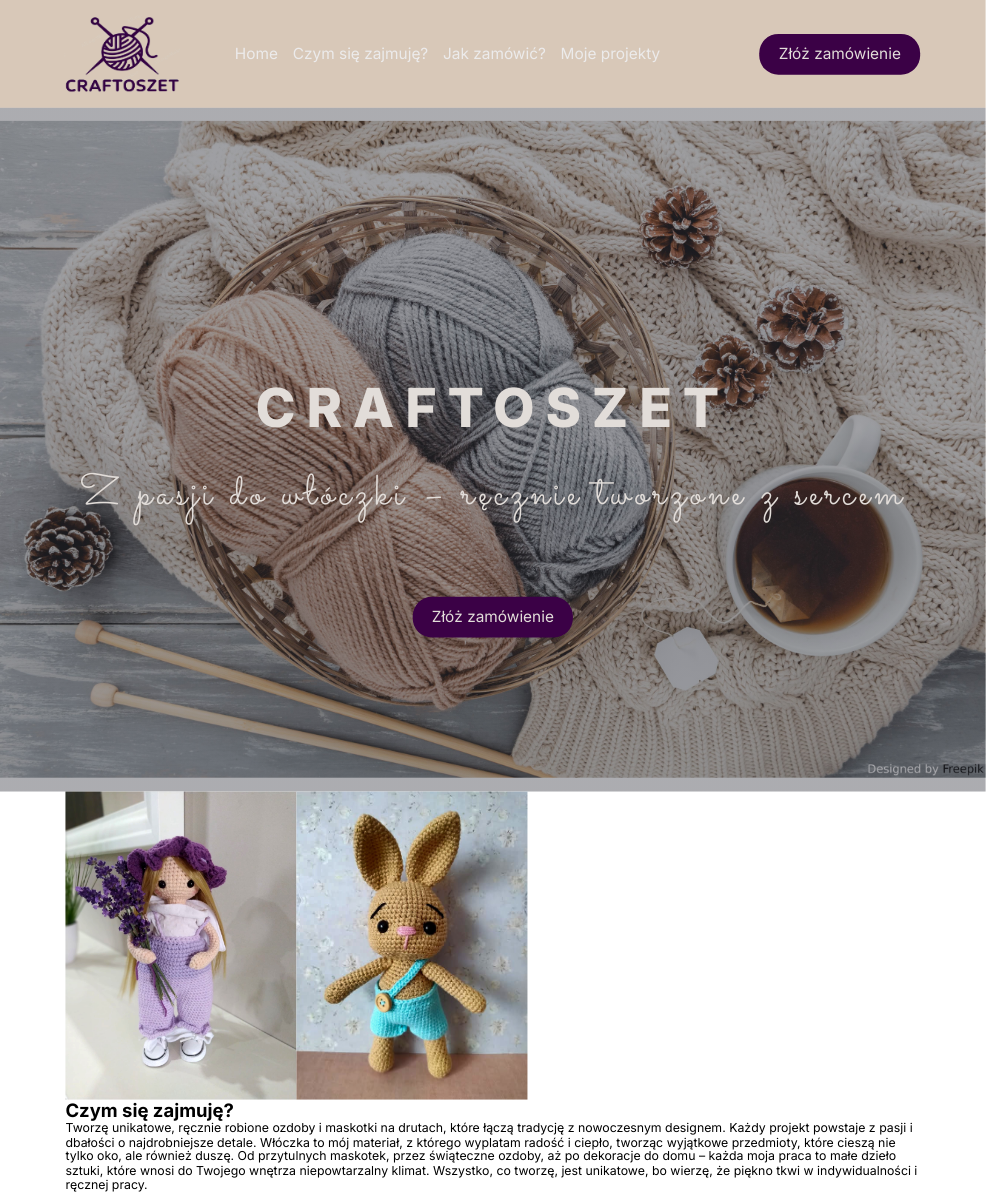
Repository: KlaudiaK0205/Craftoszet
Page: index.html
An editor plug-in stored every save of this project. The page is shown before and after a run of saves, followed by the edit.
The browser window is 1280 px wide. The pictures show the whole page, at 77% of full size.
Some web libraries are served in a nearby version. The style sheet was rebuilt from its Sass, Less or Tailwind sources for each picture, by a compiler version that may differ from the author's.

Above is the page before, as saved 2024-10-06 12:39:46.

### index.html
<!DOCTYPE html>
<html lang="en">
<head>
    <meta charset="UTF-8">
    <meta name="viewport" content="width=device-width, initial-scale=1.0">
    <title>Craftoszet</title>
    <!-- FAVICON -->
    <link rel="icon" href="./images/favicon.ico" type="image/x-icon">
    <link rel="icon" siezes="16x16" href="./images/favicon-16x16.png" type="image/png">
    <link rel="icon" siezes="32x32" href="./images/favicon-32x32.png" type="image/png">
    <!-- GOOGLE FONTS -->
    <link rel="preconnect" href="https://fonts.googleapis.com">
    <link rel="preconnect" href="https://fonts.gstatic.com" crossorigin>
    <link href="https://fonts.googleapis.com/css2?family=Inter:ital,opsz,wght@0,14..32,100..900;1,14..32,100..900&family=Sacramento&display=swap" rel="stylesheet">
    <!-- MODERN NORMALIZE -->
    <link rel="stylesheet" href="https://cdn.jsdelivr.net/npm/modern-normalize@3.0.1/modern-normalize.min.css">
    <!-- ANIMATE-->
    <link rel="stylesheet" href="https://cdnjs.cloudflare.com/ajax/libs/animate.css/4.1.1/animate.min.css"/>
    <!-- STYLES -->
    <link rel="stylesheet" href="./sass/main.css">
</head>
<body>
    <header>
        <div class="container">
            <div class="logo-box">
                <img class="logo-image" src="./images/logo.png" alt="a ball of wool">
            </div>
            <nav class="nav">
                <ul class="nav__list">
                    <li class="nav__list__item">
                        <a href="" class="nav__list__link">Home</a>
                    </li>
                    <li class="nav__list__item">
                        <a href="" class="nav__list__link">Czym się zajmuję?</a>
                    </li>
                    <li class="nav__list__item">
                        <a href="" class="nav__list__link">Jak zamówić?</a>
                    </li>
                    <li class="nav__list__item">
                        <a href="" class="nav__list__link">Moje projekty</a>
                    </li>
                </ul>
            </nav>

            <button class="orderBtn" type="button">Złóż zamówienie</button>
        </div>
    </header>

    <main>
        <section class="hero">
            <div class="container">
                <h1 class="hero__header">CRAFTOSZET</h1>
                <p class="hero__undertitle">Z pasji do włóczki – ręcznie tworzone z sercem</p>
                <button class="orderBtn" type="button">Złóż zamówienie</button>
            </div>
        </section>

        <section class="whatIDo">
            <div class="container">
                <div class="whatIDo-images">
                    <img class="whatIDo-image" src="./images/projekty/fioletowa lalka.jpg" alt="fioletowa lalka z włóczki">
                    <img class="whatIDo-image" src="./images/projekty/króliczek.jpg" alt="króliczek w niebieskich spodenkach z włóczki">
                </div>
                <div class="whatIDo-description">
                    <h2 class="section-header">Czym się zajmuję?</h2>
                    <p class="section-text">Tworzę unikatowe, ręcznie robione ozdoby i maskotki na drutach, które łączą tradycję z nowoczesnym designem. Każdy projekt powstaje z pasji i dbałości o najdrobniejsze detale. Włóczka to mój materiał, z którego wyplatam radość i ciepło, tworząc wyjątkowe przedmioty, które cieszą nie tylko oko, ale również duszę. Od przytulnych maskotek, przez świąteczne ozdoby, aż po dekoracje do domu – każda moja praca to małe dzieło sztuki, które wnosi do Twojego wnętrza niepowtarzalny klimat. Wszystko, co tworzę, jest unikatowe, bo wierzę, że piękno tkwi w indywidualności i ręcznej pracy.</p>
                </div>
            </div>
        </section>
    </main>
    <footer></footer>
</body>
</html>

### sass/main.scss
@import './base/common';
@import './base/container';

@import './components/animations';
@import './components/logo';
@import './components/orderBtn';

@import './layout/header';
@import './layout/hero';
@import './layout/whatIDo';

@import './utils/variables';

### sass/base/_common.scss
body {
    font-family: var(--main-font);
    // font-weight: 500;
    margin: 0;
    padding: 0;
}

h1,
h2,
h3,
h4,
h5,
h6 {
    margin: 0;
    padding: 0;
}

ul,
ol,
li {
    margin: 0;
    padding: 0;
    list-style: none;
}

a {
    text-decoration: none;
}

p {
    margin: 0;
    padding: 0;
}

img {
    display: block;
    max-width: 100%;
    height: auto;
}

button {
    cursor: pointer;
}

.list {
    list-style: none;
}

.link {
    text-decoration: none;
}

### sass/base/_container.scss
.container {
    width: 100%;
    max-width: 1200px; /* Maksymalna szerokość dla dużych ekranów */
    margin: 0 auto;
    padding: 0 15px;
}

/* Urządzenia mobilne (do 576px szerokości) */
@media (max-width: 576px) {
    .container {
        max-width: 100%; /* Na małych ekranach szerokość 100% */
        padding: 0 10px;  /* Mniejszy padding na telefonach */
    }
}

/* Tablety (do 768px szerokości) */
@media (max-width: 768px) {
    .container {
        max-width: 720px; /* Dostosowanie dla tabletów */
    }
}

/* Średnie ekrany (do 992px szerokości) */
@media (max-width: 992px) {
    .container {
        max-width: 960px; /* Dostosowanie dla większych tabletów i mniejszych laptopów */
    }
}

/* Duże ekrany (od 1200px szerokości) */
@media (min-width: 1200px) {
    .container {
        max-width: 1140px; /* Ustawienia dla monitorów */
    }
}

### sass/components/_logo.scss
.logo-image {
    width: 150px;
    height: 100px;
    animation: wobble-hor-bottom 10s infinite both;
}

//animations
@keyframes wobble-hor-bottom {
    0%,
    100% {
        transform: translateX(0%);
        transform-origin: 50% 50%;
    }
    15% {
        transform: translateX(-30px) rotate(-6deg);
    }
    30% {
        transform: translateX(15px) rotate(6deg);
    }
    45% {
        transform: translateX(-15px) rotate(-3.6deg);
    }
    60% {
        transform: translateX(9px) rotate(2.4deg);
    }
    75% {
        transform: translateX(-6px) rotate(-1.2deg);
    }
}

### sass/components/_orderBtn.scss
.orderBtn {
    font-size: 20px;
    color: var(--mainColor);
    background-color: var(--brandColor);
    border: none;
    border-radius: 25px;
    margin-left: auto;
    padding: 15px 25px;

    &:hover,
    :focus {
        animation: scale-up-center 0.5s cubic-bezier(0.390, 0.575, 0.565, 1.000) both;
    }
}

//animations
@keyframes scale-up-center {
    0% {
        transform: scale(1);
    }
    100% {
        transform: scale(1.2);
    }
}

### sass/layout/_header.scss
header {
    background-color: var(--bgColor);
    padding: 20px 0;
}

header .container {
    display: flex;
    align-items: center;
}

.logo-box {
    margin-right: 70px;
}

.nav__list {
    display: flex;
}

.nav__list__item {
    font-size: 20px;

    &:not(:last-child) {
        margin-right: 1.5vw;
    }
}

.nav__list__link {
    color: #ECEBEB;
    transition: cubic-bezier(0.4, 0, 0.2, 1) 500ms;

    &:hover,
    :focus {
        color: var(--brandColor);
    }
}

header .orderBtn {
    margin-left: auto;
}

### sass/layout/_hero.scss
.hero {
    background-image: linear-gradient(
        rgba(47, 48, 58, 0.4),
        rgba(47, 48, 58, 0.4)),
        url(/images/bg.jpg);
    background-repeat: no-repeat;
    background-size: contain;
    background-position: center;
    min-height: 80vh;
    text-align: center;
    padding: 350px 0 200px;
}

.hero .container {
}

.hero__header {
    font-size: 70px;
    font-weight: 800;
    padding-bottom: 40px;
    color: var(--mainColor);
    letter-spacing: 0.2em;
}

.hero__undertitle {
    font-family: var(--decorative-font);
    font-size: 56px;
    font-weight: 500;
    color: var(--mainColor);
    letter-spacing: 0.1em;
    padding-bottom: 100px;
}

.hero .orderBtn {
    display: flex;
    margin-left: auto;
    margin-right: auto;
}

### sass/layout/_whatIDo.scss
.whatIDo {
}

.whatIDo-images {
    display: flex;
}

.whatIDo-image {
    width: 300px;
}

.whatIDo-description {
}

.section-header {
}

.section-text {
}

### sass/utils/_variables.scss
:root {
    --main-font: 'Inter' , sans-serif;
    --decorative-font: 'Sacramento', sans-serif;
    --mainColor: #E2DDD9;
    --circleColor: #FFA5BA;
    --brandColor: #3B0146;
    --bgColor: #D8C8B8;
    --hoverBuyBtn: #ECEBEB;
}

// A8a39d
//f8f1e9
//#8D7966

Loaded but not shown: sass/components/_animations.scss (no stored copy; drawn as an empty file)

After the next 4 saves:
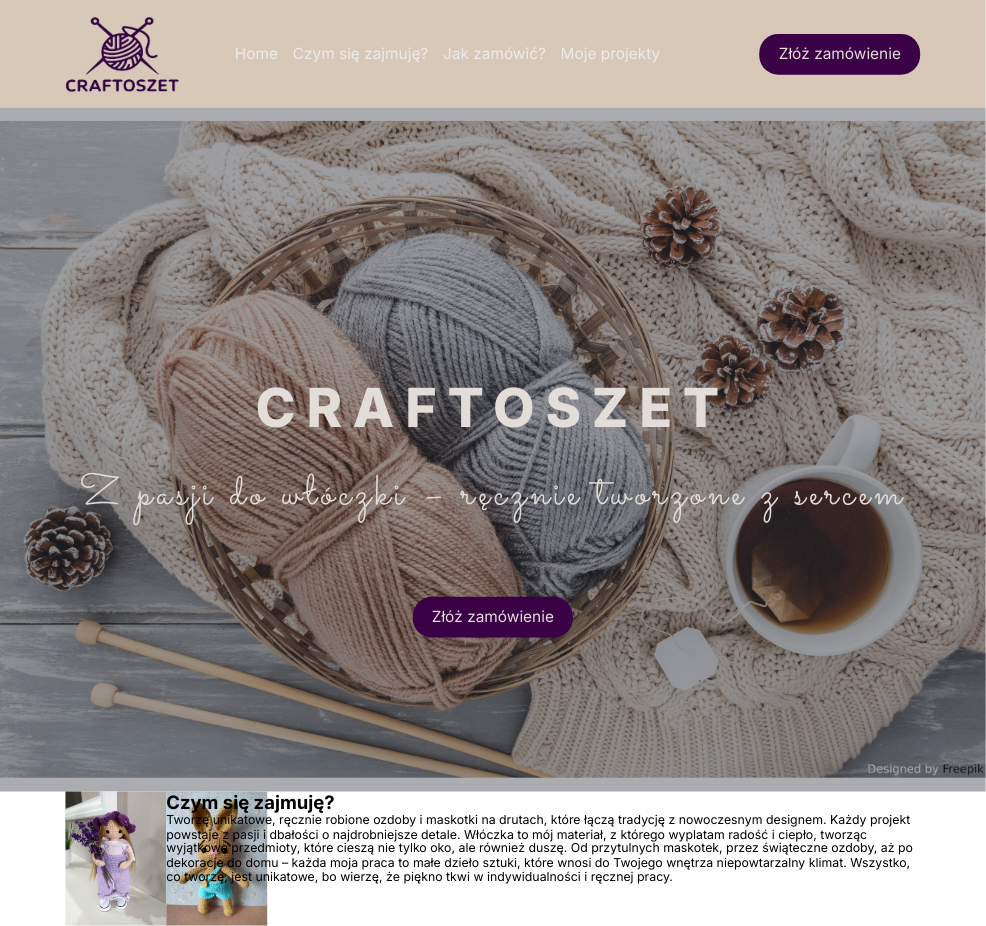
The 4 saves are shown as one change because they came seconds apart.
The last was saved 20 s later.
--- a/sass/layout/_whatIDo.scss
+++ b/sass/layout/_whatIDo.scss
@@ -1,6 +1,9 @@
 .whatIDo {
 }
 
+.whatIDo .container {
+    display: flex;
+}
 .whatIDo-images {
     display: flex;
 }
